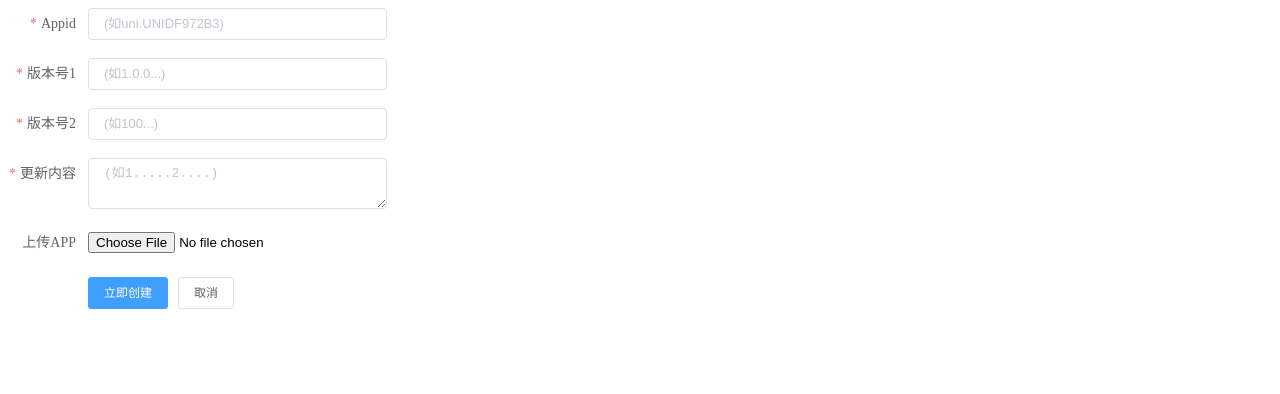
Repository: wfj01/Qmhht
Page: /#/
An editor plug-in stored every save of this project. The page is shown before and after a run of saves, followed by the edit.
The browser window is 1280 px wide. The pictures show the whole page.
The project was rebuilt for these pictures with package versions that can differ from the ones it lists, and the page was loaded fresh each time. Also part of the build but not shown: src/components/HelloWorld.vue, src/view/msite.vue, src/view/index/index.vue, src/view/index/home/home.vue, src/view/login/login.vue, src/components/add/adduser.vue, src/view/table/table.vue.

Above is the page before, as saved 2021-01-16 16:50:19.
Console error: TypeError: Cannot read properties of undefined (reading 'protocol')

### src/main.js
// The Vue build version to load with the `import` command
// (runtime-only or standalone) has been set in webpack.base.conf with an alias.
import Vue from 'vue'
import App from './App'
import router from './router'
import Element  from 'element-ui';
import 'element-ui/lib/theme-chalk/index.css';
import axios from 'axios'
axios.defaults.headers.post['Content-Type'] = 'application/json';
Vue.prototype.$ajax = axios
Vue.use( axios)
Vue.use(Element, { size: 'small', zIndex: 3000 });

Vue.config.productionTip = false

/* eslint-disable no-new */
new Vue({
  el: '#app',
  router,
  components: { App },
  template: '<App/>'
})

### src/router/index.js
import Vue from 'vue'
import Router from 'vue-router'
import HelloWorld from '@/components/HelloWorld'
import MsitePage from '@/view/msite'
import IndexPage from '@/view/index/index'
import HomePage from '@/view/index/home/home'
import LoginPage from '@/view/login/login'
import TablePage from '@/view/table/table'
import UploadFile from  '@/view/uploadfile/index'
//申明使用插件
Vue.use(Router)

export default new Router({
  routes:[
    {
      path:'/index',
      name:"IndexPage",
      component: IndexPage,
      meta: {
        showFooter: true
      }
    },
    {
      path:'/home',
      component:HomePage,
      meta: {
        showFooter: true
      }
    },
    {
      path:'/Login',
      component:LoginPage,
      meta: {
        showFooter: false
      }
    },
    {
      path:'/Table',
      name:"TablePage",
      component:TablePage,
      meta: {
        showFooter: false
      }
    },
    {
      path:'/',
      name:"UploadFile",
      component:UploadFile,
      meta: {
        showFooter: false
      }
    },
    {
      path: '/MsitePage',
      component:MsitePage,
    }
  ]
})

### src/view/uploadfile/index.vue
<template>
<div>
<el-form
    class="elform"
    ref="form"
    :rules="rules"
    :model="form"
    label-width="80px"
  >
    <el-form-item label="Appid" prop="appid">
      <el-input v-model="form.appid" placeholder="(如uni.UNIDF972B3)"></el-input>
    </el-form-item>
    <el-form-item label="版本号1" prop="version">
      <el-input v-model="form.version" placeholder="(如1.0.0...)"></el-input>
    </el-form-item>
    <el-form-item label="版本号2" prop="versionnumber">
      <el-input
        v-model="form.versionnumber"
        placeholder="(如100...)"
      ></el-input>
    </el-form-item>
    <el-form-item label="更新内容" prop="note">
      <el-input
        type="textarea"
        :rows="2"
        placeholder="(如1.....2....)"
        v-model="form.note"
      >
      </el-input>
    </el-form-item>
    <el-form-item label="上传APP">
      <input type="file" @change="getFile($event)" />
    </el-form-item>
    <el-form-item>
      <el-button type="primary" @click="submit('form')">立即创建</el-button>
      <el-button @click="resetForm('form')">取消</el-button>
    </el-form-item>
  </el-form>
</div>

</template>

<script>
import axios from "axios";
export default {
  data() {
    return {
      //文件
      file: "",
      file2: "",
      form: {
        appid: "",
        version: "",
        versionnumber: "",
        note: "",
      },
      rules: {
        appid: [
          { required: true, message: "请输入软件的Appid", trigger: "blur" },
        ],
        version: [
          { required: true, message: "请输入软件的版本号", trigger: "blur" },
        ],
        versionnumber: [
          { required: true, message: "请输入版本号简写", trigger: "blur" },
        ],
        note: [{ required: true, message: "请输入更新内容", trigger: "blur" }],
      },
    };
  },
  methods: {
    changenote(e) {
      console.log("this.note", this.note);
    },
    getFile(event) {
      this.file = event.target.files[0];
      console.log(this.file);
    },
    getFile2(event) {
      this.file2 = event.target.files[0];
      console.log(this.file2);
    },
    resetForm(formName) {
      this.$refs[formName].resetFields();
    },
    submit(formName) {
      var notetext = this.form.note.replace(/\n/g, "<br/>");
      console.log(" this.note", notetext);
      this.$refs[formName].validate((valid) => {
        if (valid) {
          let formData = new FormData();
          // 向 formData 对象中添加文件
          formData.append("file", this.file);
          this.$ajax({
            method: "post",
            url:
              "http://localhost:33527/MultiFileAppUpload?appid=" +
              this.form.appid +
              "&version=" +
              this.form.version +
              "&versionnum=" +
              this.form.versionnumber +
              "&note=" +
              notetext,
            data: formData,
          }).then((res) => {
            console.log("res", res);
          });
        } else {
          console.log("error submit!!");
          return false;
        }
      });
    },
  },
};
</script>

<style scoped>
.elform {
  width: 30%;
}
</style>

Loaded but not shown: index.html (common file); src/App.vue (common file)

After the next 2 saves:
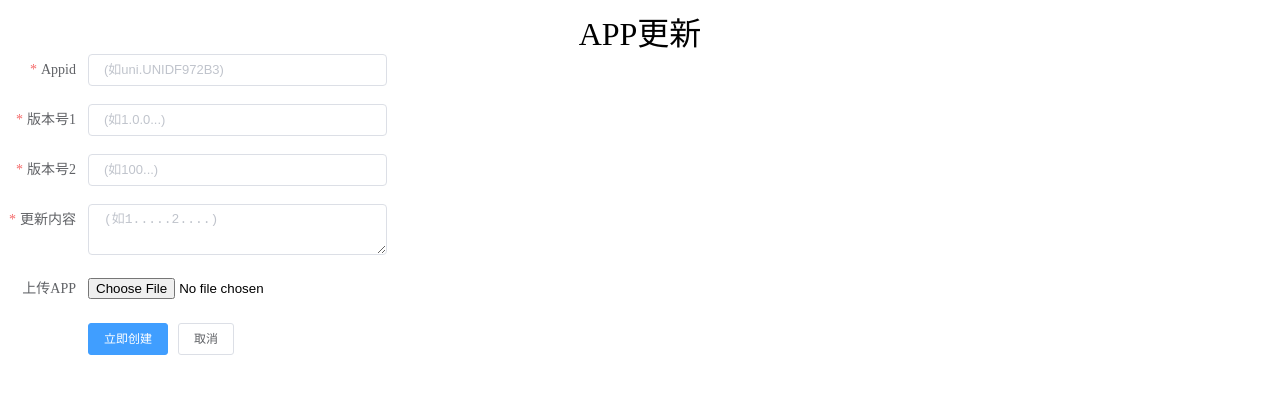
The 2 saves are shown as one change because they came seconds apart.
The last was saved 74 s later.
--- a/src/view/uploadfile/index.vue
+++ b/src/view/uploadfile/index.vue
@@ -1,43 +1,46 @@
 <template>
-<div>
-<el-form
-    class="elform"
-    ref="form"
-    :rules="rules"
-    :model="form"
-    label-width="80px"
-  >
-    <el-form-item label="Appid" prop="appid">
-      <el-input v-model="form.appid" placeholder="(如uni.UNIDF972B3)"></el-input>
-    </el-form-item>
-    <el-form-item label="版本号1" prop="version">
-      <el-input v-model="form.version" placeholder="(如1.0.0...)"></el-input>
-    </el-form-item>
-    <el-form-item label="版本号2" prop="versionnumber">
-      <el-input
-        v-model="form.versionnumber"
-        placeholder="(如100...)"
-      ></el-input>
-    </el-form-item>
-    <el-form-item label="更新内容" prop="note">
-      <el-input
-        type="textarea"
-        :rows="2"
-        placeholder="(如1.....2....)"
-        v-model="form.note"
-      >
-      </el-input>
-    </el-form-item>
-    <el-form-item label="上传APP">
-      <input type="file" @change="getFile($event)" />
-    </el-form-item>
-    <el-form-item>
-      <el-button type="primary" @click="submit('form')">立即创建</el-button>
-      <el-button @click="resetForm('form')">取消</el-button>
-    </el-form-item>
-  </el-form>
-</div>
-
+  <div>
+    <div class="title">APP更新</div>
+    <el-form
+      class="elform"
+      ref="form"
+      :rules="rules"
+      :model="form"
+      label-width="80px"
+    >
+      <el-form-item label="Appid" prop="appid">
+        <el-input
+          v-model="form.appid"
+          placeholder="(如uni.UNIDF972B3)"
+        ></el-input>
+      </el-form-item>
+      <el-form-item label="版本号1" prop="version">
+        <el-input v-model="form.version" placeholder="(如1.0.0...)"></el-input>
+      </el-form-item>
+      <el-form-item label="版本号2" prop="versionnumber">
+        <el-input
+          v-model="form.versionnumber"
+          placeholder="(如100...)"
+        ></el-input>
+      </el-form-item>
+      <el-form-item label="更新内容" prop="note">
+        <el-input
+          type="textarea"
+          :rows="2"
+          placeholder="(如1.....2....)"
+          v-model="form.note"
+        >
+        </el-input>
+      </el-form-item>
+      <el-form-item label="上传APP">
+        <input type="file" @change="getFile($event)" />
+      </el-form-item>
+      <el-form-item>
+        <el-button type="primary" @click="submit('form')">立即创建</el-button>
+        <el-button @click="resetForm('form')">取消</el-button>
+      </el-form-item>
+    </el-form>
+  </div>
 </template>
 
 <script>
@@ -120,4 +123,10 @@ export default {
 .elform {
   width: 30%;
 }
+.title {
+  font-size: 2rem;
+  font-weight: 500;
+  text-align: center;
+  font-family: "楷体";
+}
 </style>
